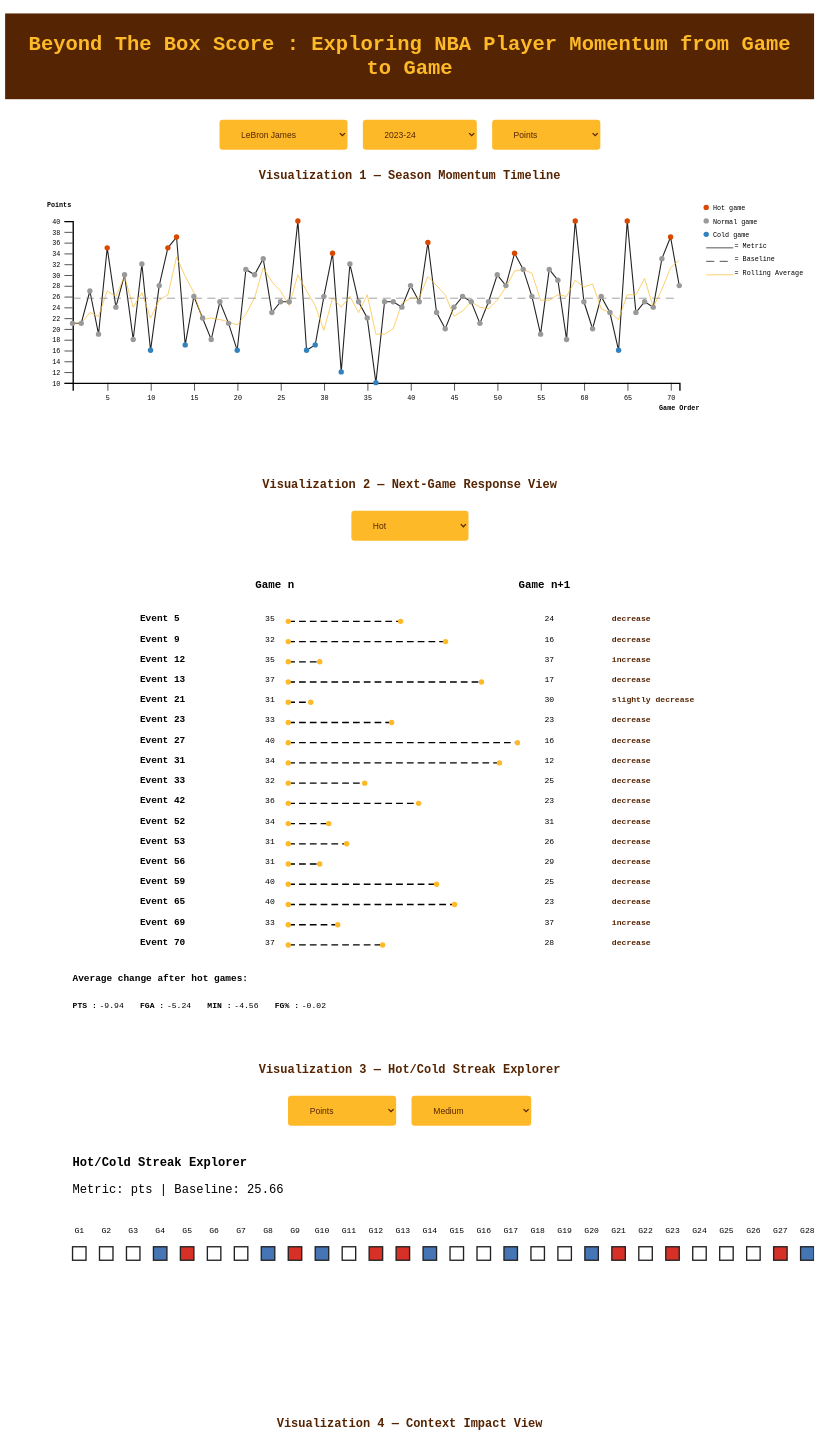
Repository: houdafatih/Data-Viz-Project
Page: index.html
These files come from the project's save history. The page is drawn as it stood at one moment and after the next save; the edit follows.
The browser window is 1280 px wide. The pictures show the whole page, at 64% of full size.

Above is the page before, as saved 2026-06-21 02:34:04.

After the next save:
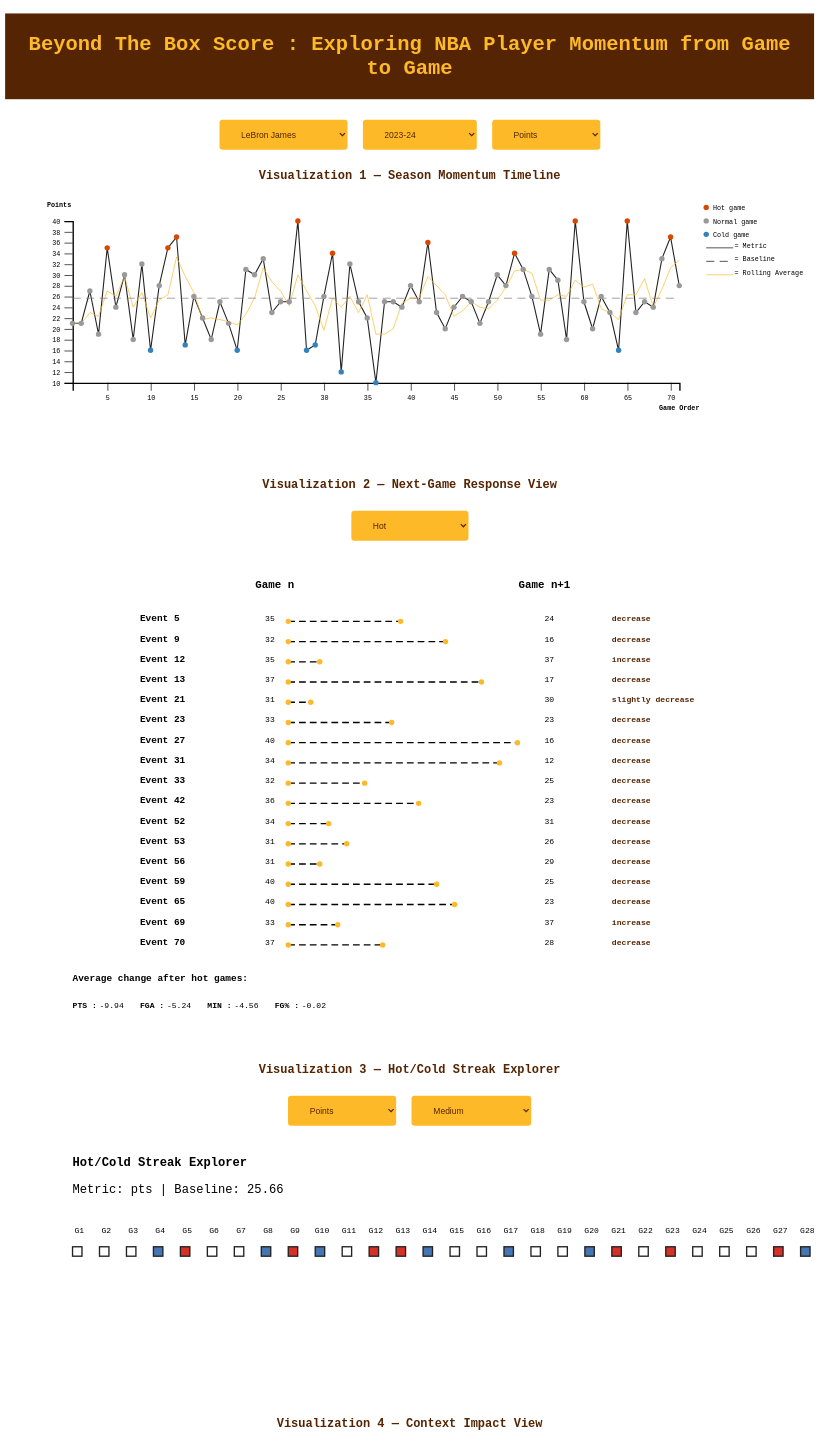
Saved 17 s later.
--- a/scripts/visualization3.js
+++ b/scripts/visualization3.js
@@ -85,6 +85,6 @@
 
 function addCells(svg, classification,canvas,scale){
     svg.selectAll(".game-cell").data(classification).enter().append("rect").attr("class","game-cell")
-    .attr("x",(d,j) => canvas.margin.left + j * 20).attr("y",85).attr("width",10).attr("height",10)
+    .attr("x",(d,j) => canvas.margin.left + j * 20).attr("y",85).attr("width",7).attr("height",7)
     .attr("fill",d => scale(d.perf_label)).attr("stroke","#222").attr("stroke-width",1)
 }
